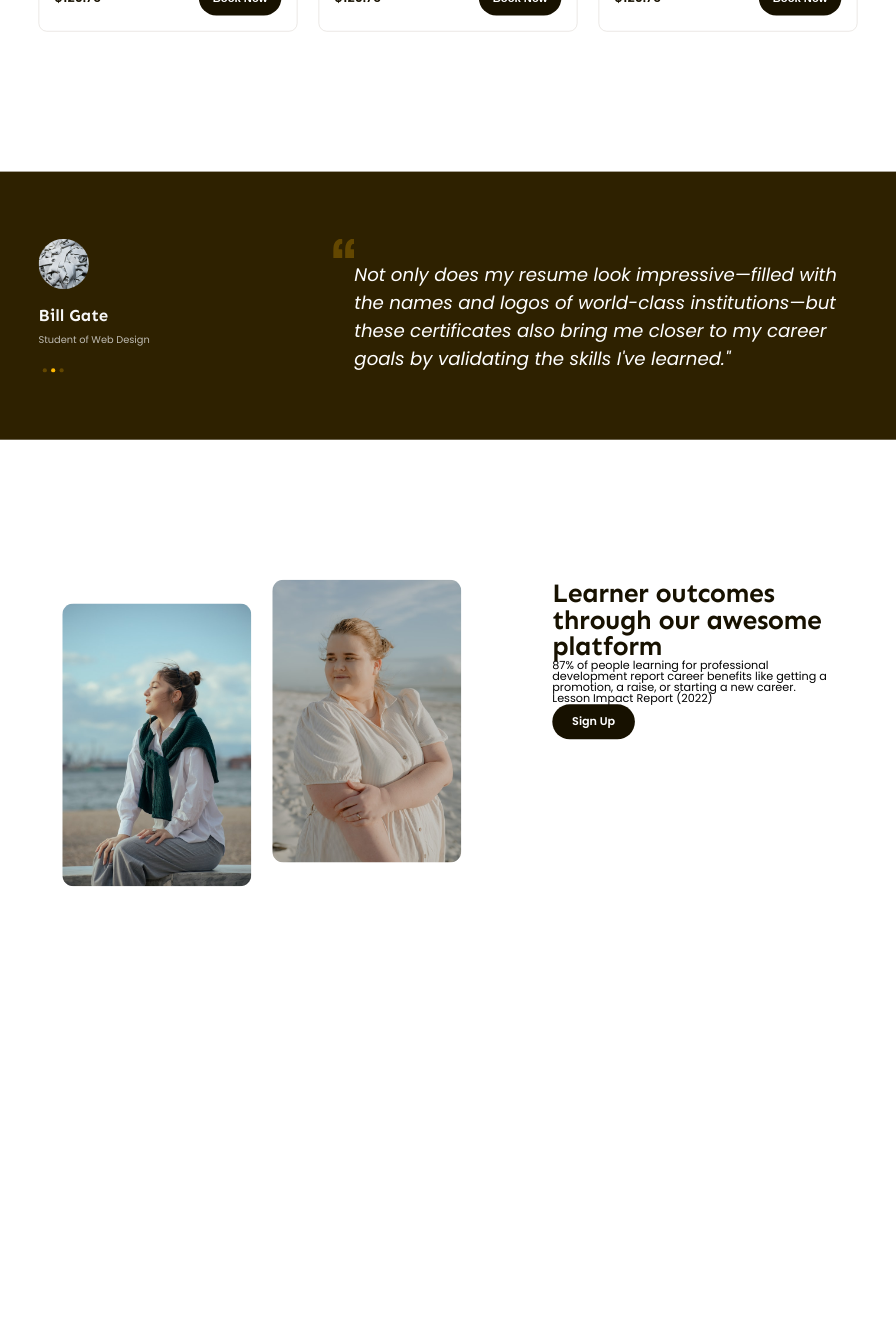
Repository: dovanlanh/f8-project-02
Page: index.html
An editor plug-in stored every save of this project. The page is shown before and after the next save, followed by the edit.
The browser window is 1280 px wide. The pictures show the part of the page from y = 1703 to 3623 px (the page is 10000 px tall), at 70% of full size.

Above is the page before, as saved 2023-02-10 09:01:44.

After the next save:
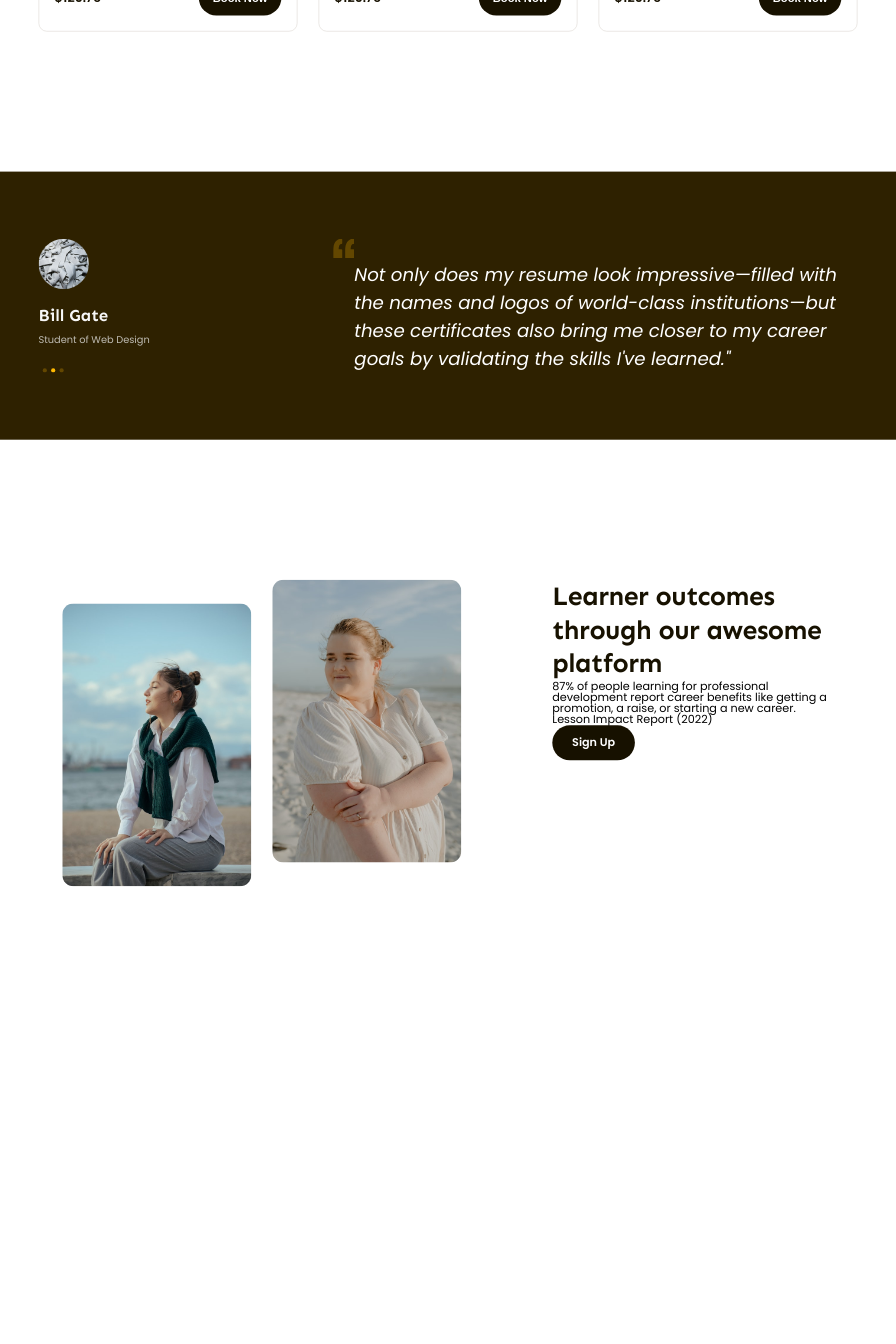
Saved 14 s later.
--- a/assets/css/styles.css
+++ b/assets/css/styles.css
@@ -461,7 +461,7 @@ a {
     font-family: var(--font-heading);
     font-weight: 700;
     font-size: 3.8rem;
-    line-height: 1;
+    line-height: 1.26;
     letter-spacing: -0.02em;
     color: #171100;
 }
